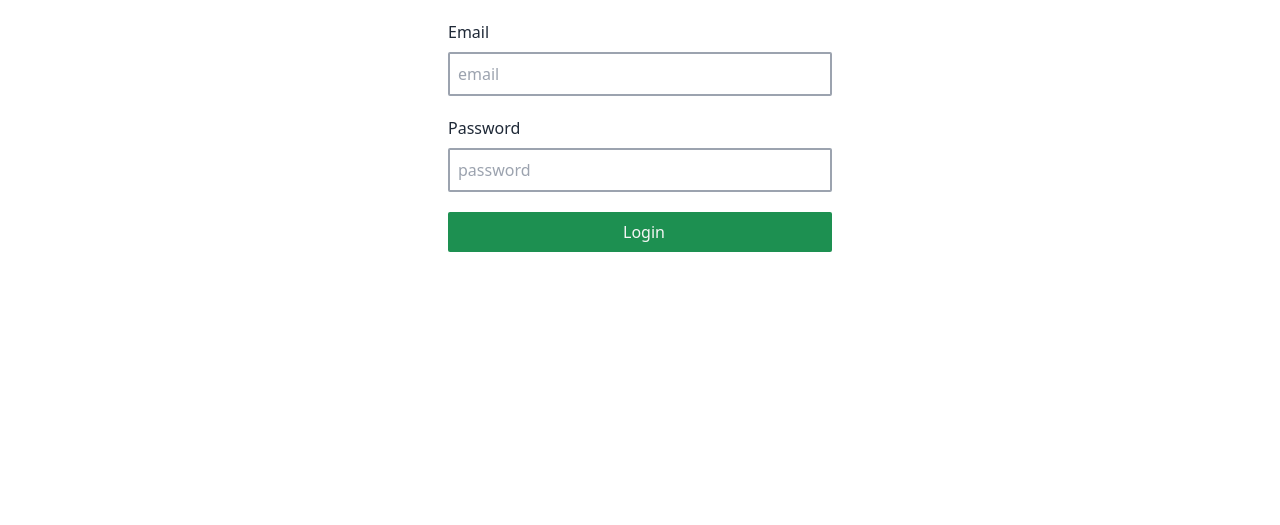
Repository: Sanaa00/Green-Exchange-AdminPanel
Page: /
These files come from the project's save history. The page is drawn as it stood at one moment and after the next save; the edit follows.
The browser window is 1280 px wide. The pictures show the whole page.
The project was rebuilt for these pictures with package versions that can differ from the ones it lists, and the page was loaded fresh each time. Also part of the build but not shown: vite.config.js, src/Component/Pagination.jsx, src/Pages/HideProducts.jsx, src/features/products.jsx, src/Component/Loading.jsx, src/Pages/Products.jsx, src/Component/Logo.jsx, src/Component/Sidbar.jsx and 8 more.

Above is the page before, as saved 2024-01-29 20:55:20.

After the next save:
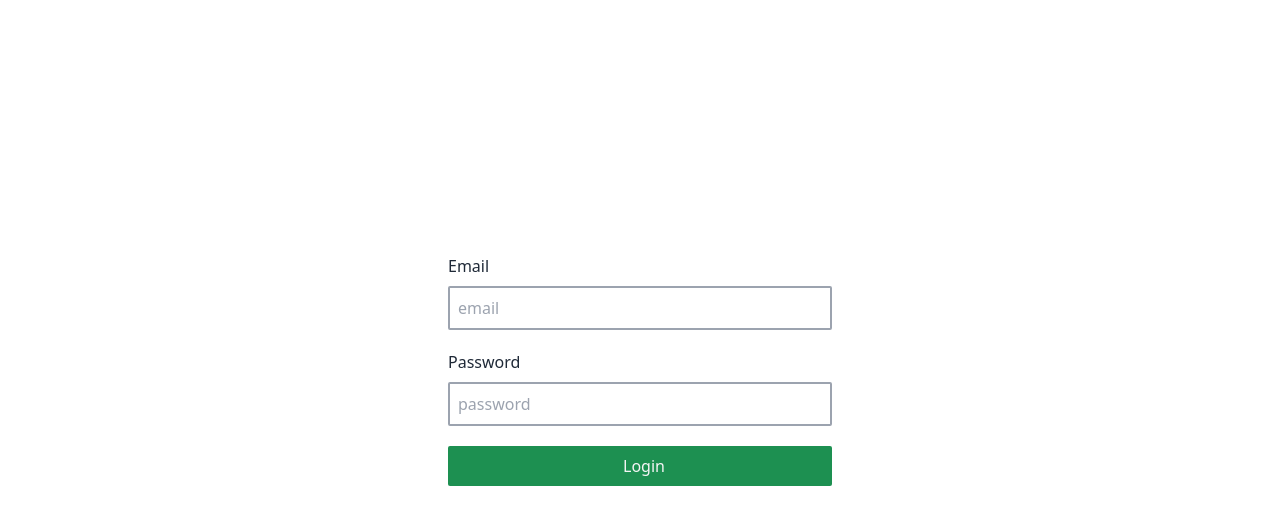
Saved 14 s later.
--- a/src/Pages/Login.jsx
+++ b/src/Pages/Login.jsx
@@ -35,7 +35,7 @@ function Login() {
     return <Navigate to="/sidbar" replace />;
 
   return (
-    <div className="flex flex-col text-gray-800 items-center justify-center ">
+    <div className="flex flex-col text-gray-800 items-center justify-center h-screen">
       <div className="mt-5 flex flex-col">
         <label htmlFor="Username">Email</label>
         <input
